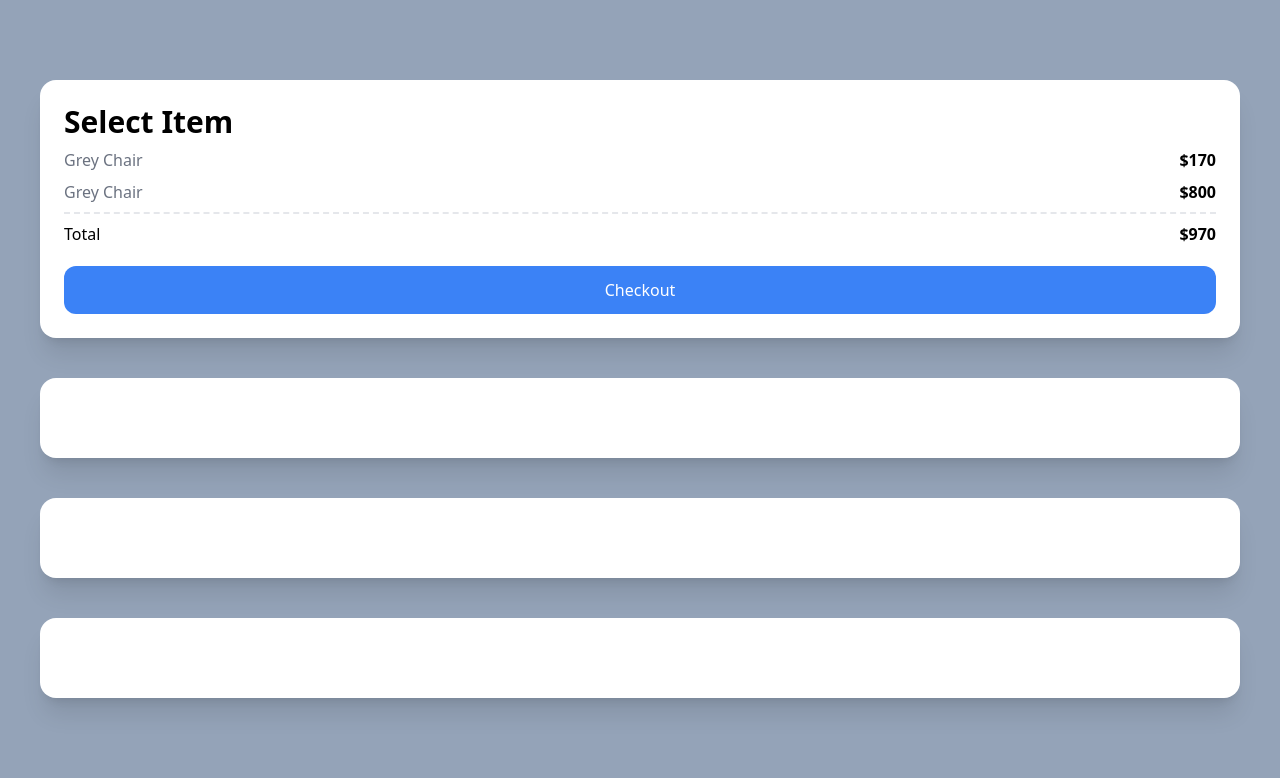
Repository: pjk0007/nextjs-carrot-marcket
Page: /
An editor plug-in stored every save of this project. The page is shown before and after the next save, followed by the edit.
The browser window is 1280 px wide. The pictures show the whole page.
The project was rebuilt for these pictures with package versions that can differ from the ones it lists, and the page was loaded fresh each time. The framework's server and built-in components were replaced by stand-ins that run in the browser. Also part of the build but not shown: next.config.js.

Above is the page before, as saved 2022-04-30 13:03:00.

### pages/index.tsx
import type { NextPage } from 'next'
const Home: NextPage = () => {
  return (
    <div className='bg-slate-400 py-20 px-10 grid gap-10'>
      <div className='bg-white p-6 rounded-2xl shadow-xl'>
        <span className='font-semibold text-3xl'>Select Item</span>
        <div className='flex justify-between my-2'>
          <span className='text-gray-500'>Grey Chair</span>
          <span className='font-semibold'>$170</span>
        </div>
        <div className='flex justify-between'>
          <span className='text-gray-500'>Grey Chair</span>
          <span className='font-semibold'>$800</span>
        </div>
        <div className='flex justify-between mt-2 pt-2 border-t-2 border-dashed'>
          <span>Total</span>
          <span className='font-semibold'>$970</span>
        </div>
        <div className='mt-5 bg-blue-500 text-white p-3 text-center rounded-xl'>Checkout</div>
      </div>
      <div className='bg-white p-10 rounded-2xl shadow-xl'></div>
      <div className='bg-white p-10 rounded-2xl shadow-xl'></div>
      <div className='bg-white p-10 rounded-2xl shadow-xl'></div>
    </div>
  );
}

export default Home

### tailwind.config.js
module.exports = {
  content: [
    "./pages/**/*.{js,jsx,ts,tsx}",
    "./components/**/*.{js,jsx,ts,tsx}"
  ],
  theme: {
    extend: {},
  },
  plugins: [],
}

Loaded but not shown: pages/_app.tsx (common file); styles/globals.css (common file)

After the next save:
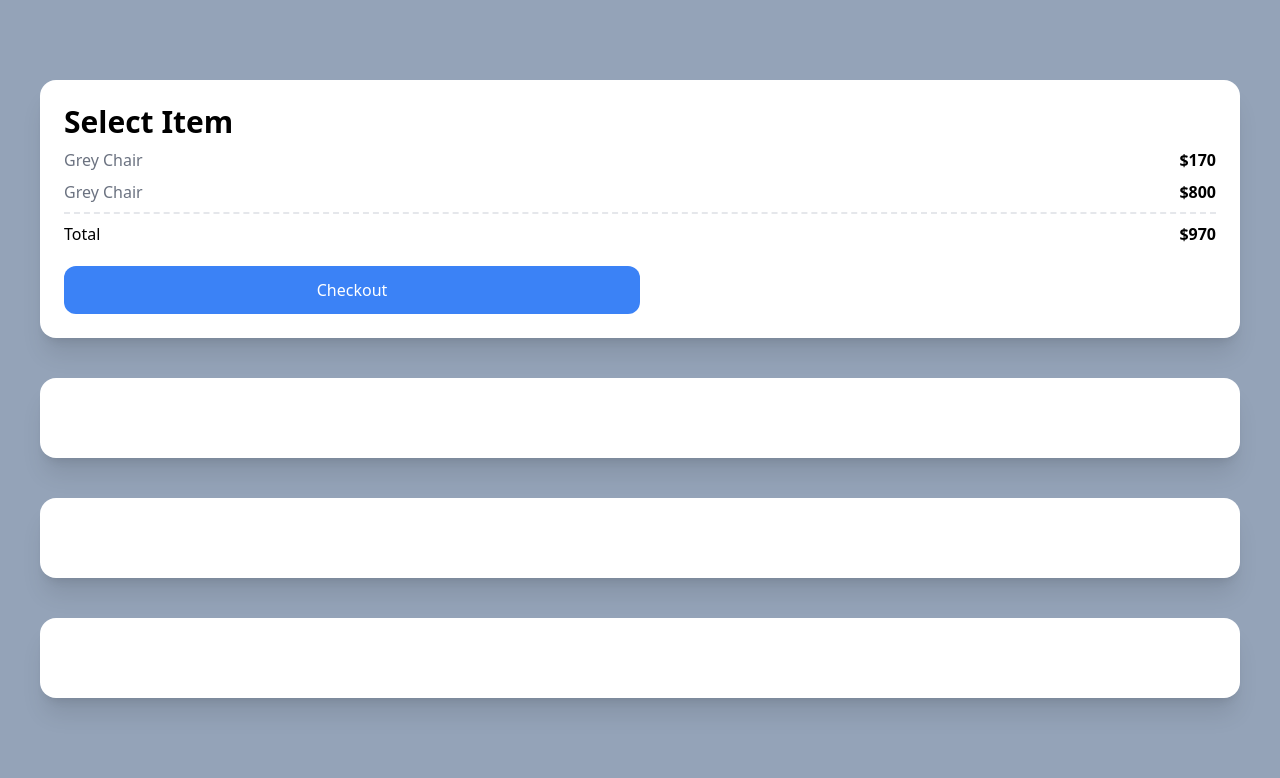
Saved 39 s later.
--- a/pages/index.tsx
+++ b/pages/index.tsx
@@ -16,7 +16,7 @@ const Home: NextPage = () => {
           <span>Total</span>
           <span className='font-semibold'>$970</span>
         </div>
-        <div className='mt-5 bg-blue-500 text-white p-3 text-center rounded-xl'>Checkout</div>
+        <div className='mt-5 bg-blue-500 text-white p-3 text-center rounded-xl w-1/2'>Checkout</div>
       </div>
       <div className='bg-white p-10 rounded-2xl shadow-xl'></div>
       <div className='bg-white p-10 rounded-2xl shadow-xl'></div>
